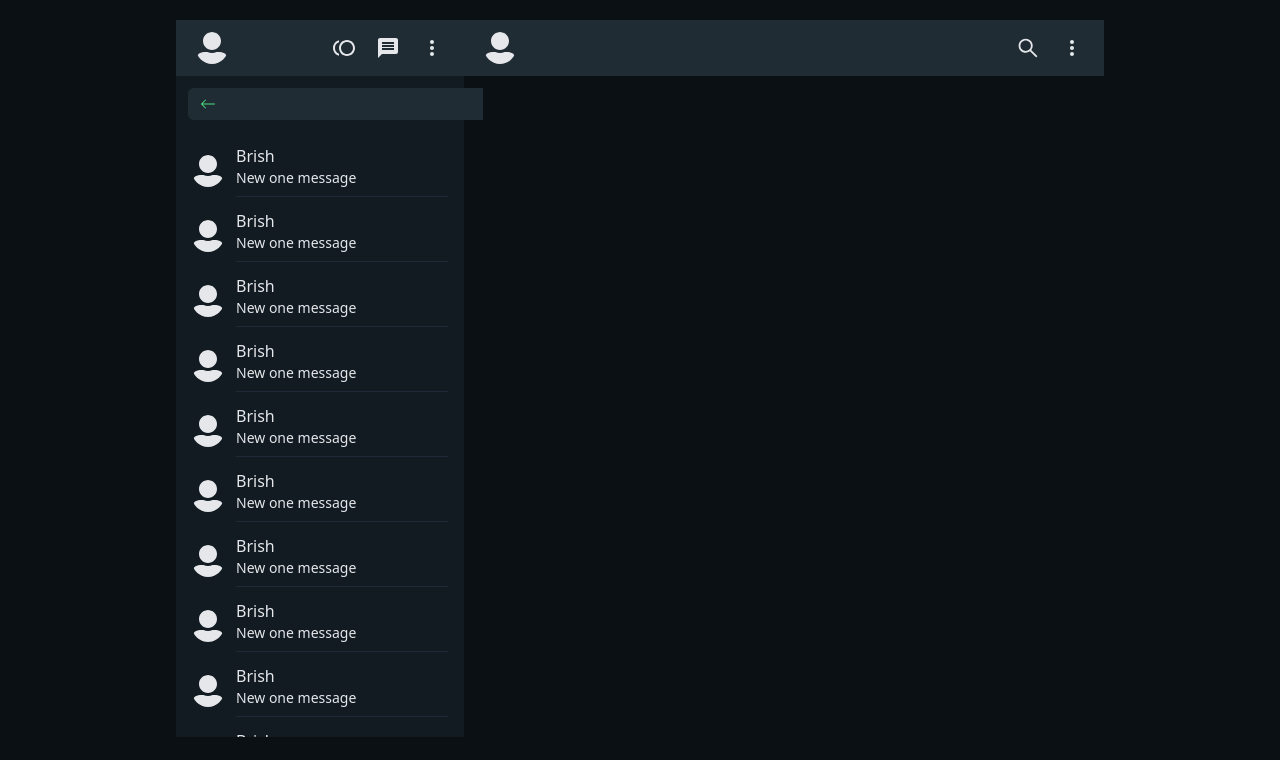
Repository: satya-ranjon/whatsapp-clone-dev
Page: /
An editor plug-in stored every save of this project. The page is shown before and after the next save, followed by the edit.
The browser window is 1280 px wide. The pictures show the whole page.
The project was rebuilt for these pictures with package versions that can differ from the ones it lists, and the page was loaded fresh each time.

Above is the page before, as saved 2022-04-09 20:46:45.

After the next save:
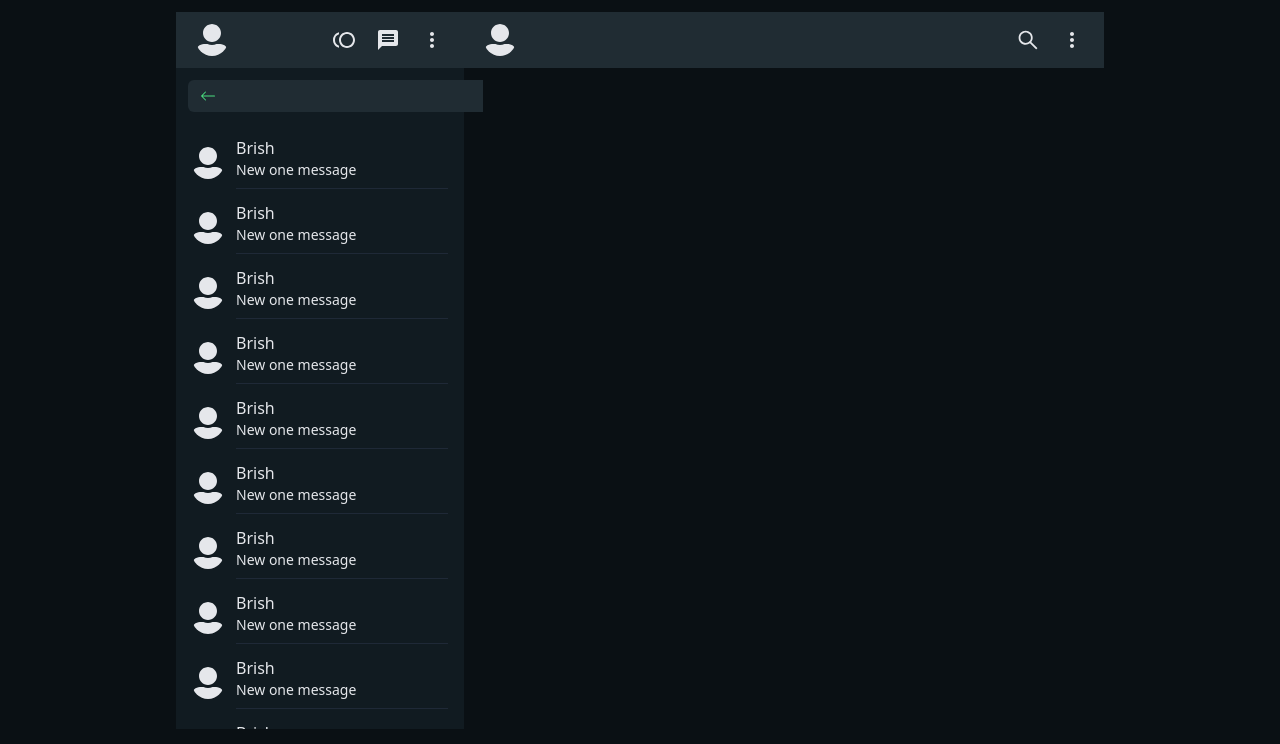
Saved 78 s later.
--- a/src/App.js
+++ b/src/App.js
@@ -3,7 +3,7 @@
 
 function App() {
   return (
-    <div className="lg:p-5 lg:px-44 bg-[#0a1014] flex">
+    <div className="lg:p-3 lg:px-44 bg-[#0a1014] flex">
       <SideBar />
       <ChatContainer />
     </div>

After the save that followed:
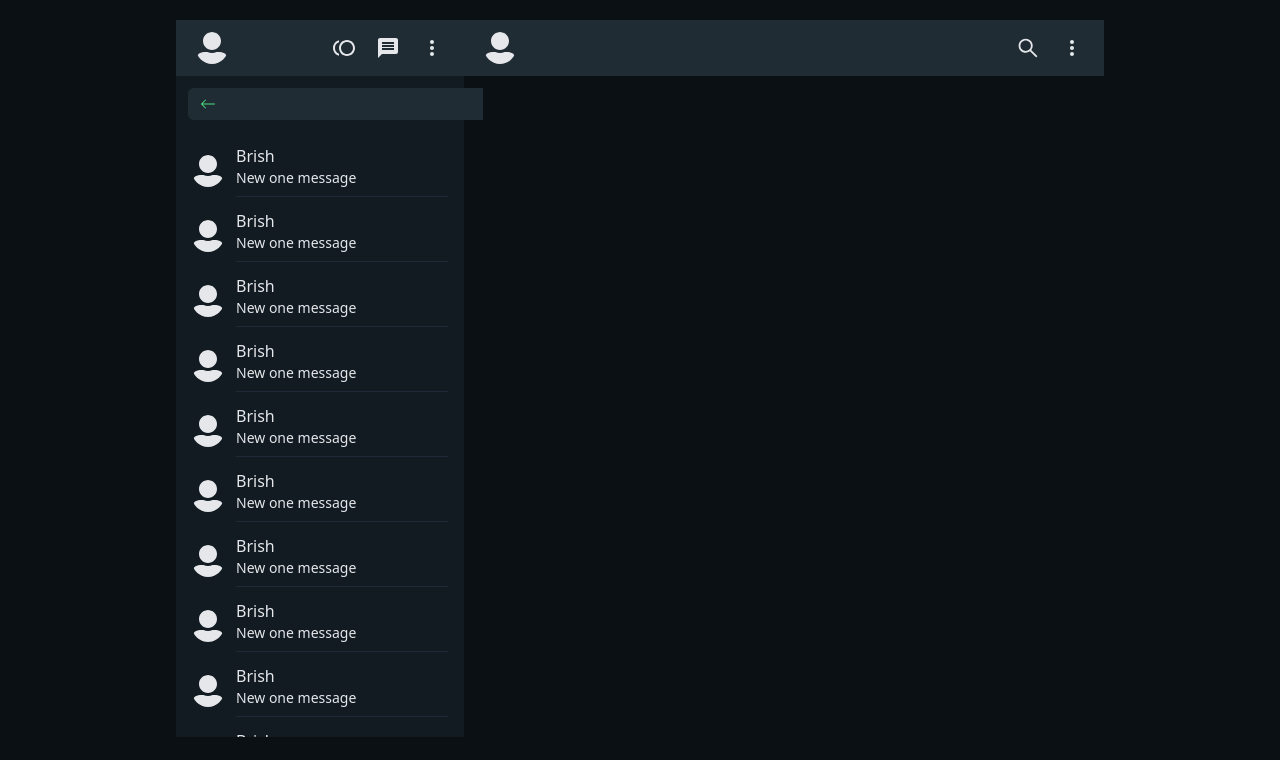
Saved 8 s later.
--- a/src/App.js
+++ b/src/App.js
@@ -3,7 +3,7 @@
 
 function App() {
   return (
-    <div className="lg:p-3 lg:px-44 bg-[#0a1014] flex">
+    <div className="lg:p-5 lg:px-44 bg-[#0a1014] flex">
       <SideBar />
       <ChatContainer />
     </div>
